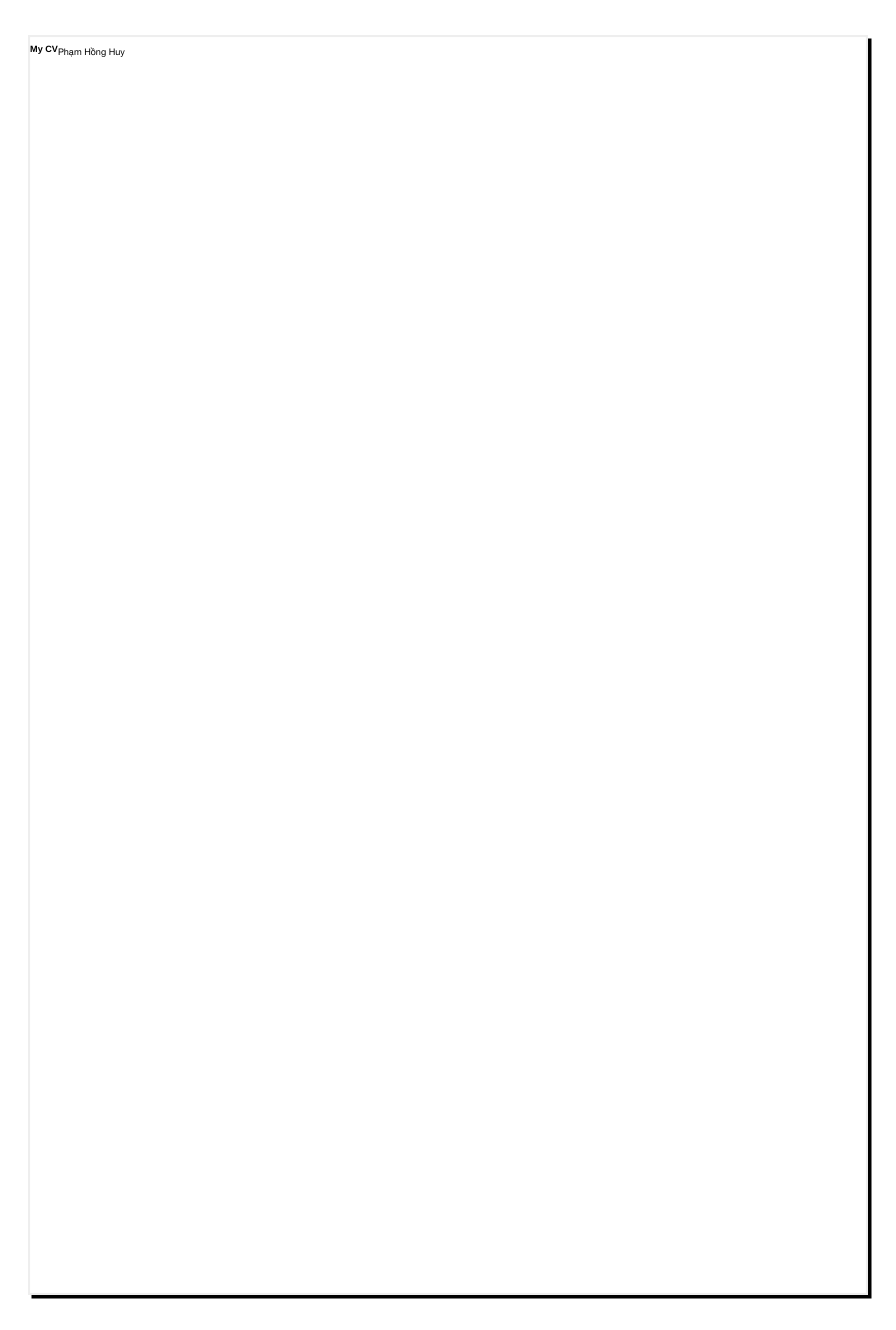
Repository: phamhonghuy/bookstore
Page: index.html
These files come from the project's save history. The page is drawn as it stood at one moment and after the next save; the edit follows.
The browser window is 1280 px wide. The pictures show the whole page, at 70% of full size.

Above is the page before, as saved 2021-10-08 22:59:01.

After the next save:
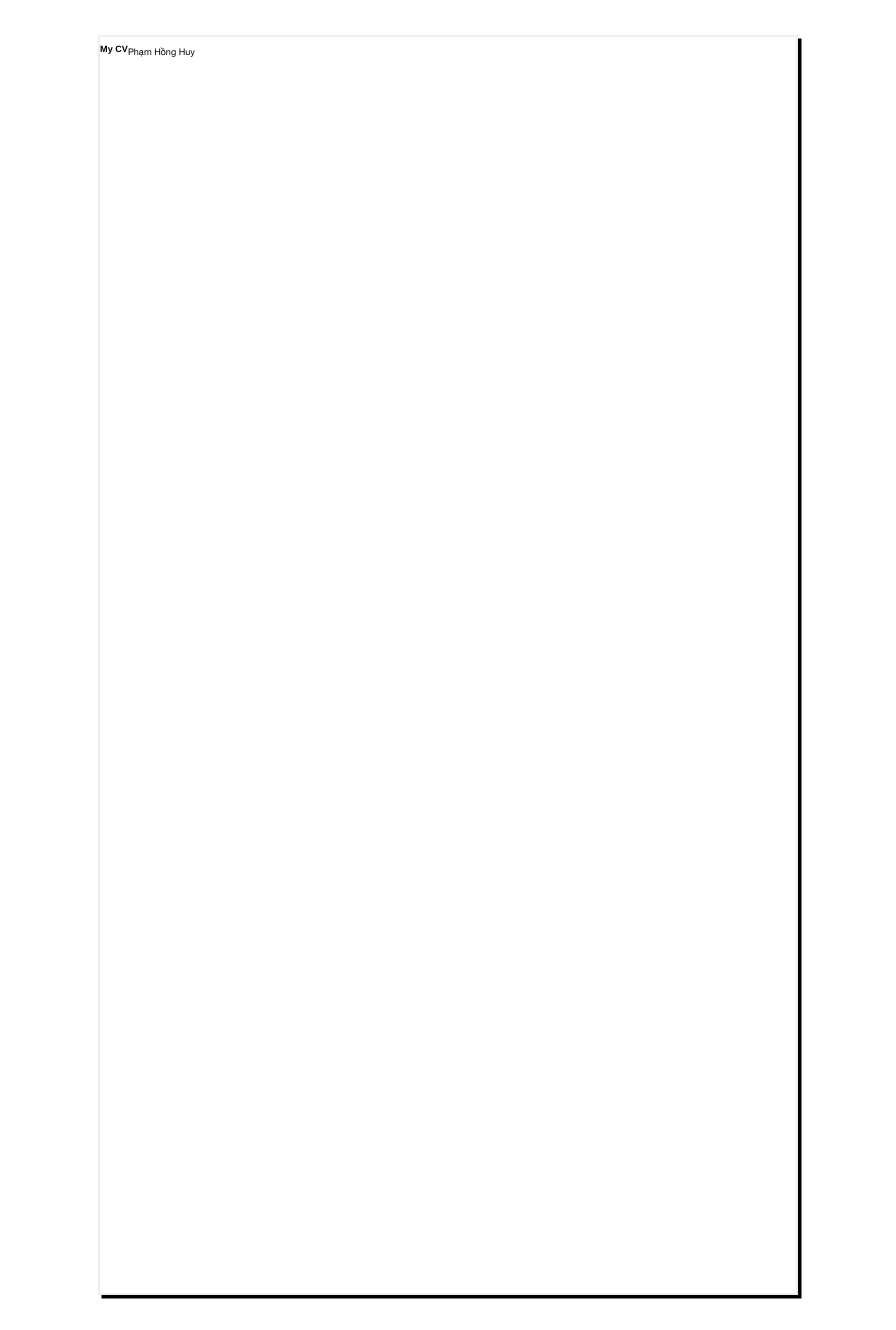
Saved 8 min 9 s later.
--- a/css/style.css
+++ b/css/style.css
@@ -9,7 +9,7 @@
     src: url(/font/helveticaneue.ttf);
 }
 body {
-    width: 1200px;
+    width: 1000px;
     height: 1800px;
     box-shadow: 5px 5px rgb(0, 0, 0);
     margin: 50px auto;
